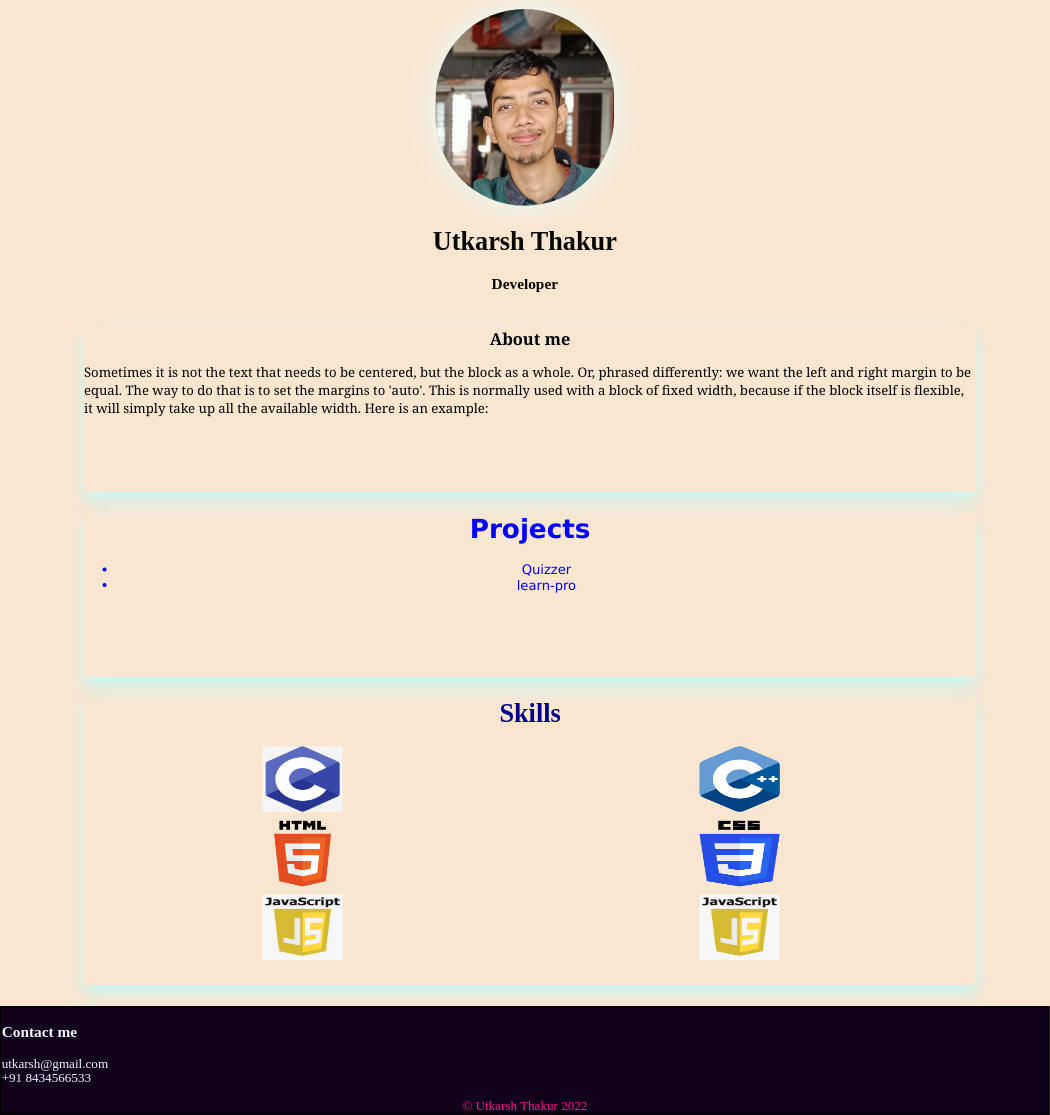
Repository: UtkarshThakur321/Utkarsh-Thakur-Profile
Page: index.html
The author's editor kept a copy of each file at every save. The page is drawn from the files as they stood at one save, then again after the next save.
The browser window is 1280 px wide. The pictures show the whole page, at 82% of full size.

Above is the page before, as saved 2022-01-23 00:14:40.
Not found: main.js

### index.html
<!DOCTYPE html>
<html>
<head>
    <meta charset='utf-8'>
    <meta http-equiv='X-UA-Compatible' content='IE=edge'>
    <title>Page Title</title>
    <meta name='viewport' content='width=device-width, initial-scale=1'>
    <link rel='stylesheet' type='text/css' media='screen' href="index.css">
    <script src='main.js'></script>
</head>
<body>
    <div id="main">
    <!-- <div id="nav">
        <h1>My Resume</h1>
    </div> -->
    <center>
        <div id="intro">
            <div id="profileImage">
                 <img src="./Utkarsh_dp.jpg" alt="DP_Utkarsh__Thakur"
                 width="180" height="170">
            </div>
            <div id="profileName">
                <h1>Utkarsh Thakur</h1>
                <h3>Developer</h3>
            </div>

            <div>


             </div>
        </div>
    </center>



  <div id="aboutMe">
    <div id="aboutMeHeading">
        About me
    </div>
    <div id="aboutMeContent">
        <p>
            Sometimes it is not the text that needs to be centered, but the block as a whole. Or, phrased differently: we want the left and right margin to be equal. The way to do that is to set the margins to 'auto'. This is normally used with a block of fixed width, because if the block itself is flexible, it will simply take up all the available width. Here is an example:
        </p>
    </div>
  </div>



<div id="projects">
    <h1>Projects</h1>
    <ul>
        <li>Quizzer</li>
        <li>learn-pro</li>
    </ul>
</div>



    <div id="skills">
        <h1>Skills</h1>
        <div class="skillsContent">
            <img src="c_programming.png" alt="c_programming">
        </div>
        <div class="skillsContent">
            <img src="./c++_programming.png" alt="c++_programming">
        </div>
        <div class="skillsContent">
            <img src="./html.png" alt="html">
        </div>
        <div class="skillsContent">
            <img src="./CSS3.png" alt="css3">
        </div>
        <div class="skillsContent">
            <img src="./js.png" alt="js">
        </div>
        <div class="skillsContent">
            <img src="./js.png" alt="js">
        </div>

    </div>

    <div id="footer">
        <div id="footerContent">
            <h3>Contact me</h3>
        <p>
            utkarsh@gmail.com<br>
            +91 8434566533

        </p>
            <div id="copyright">
         &copy; Utkarsh Thakur 2022
            </div>
        </div>
        </div>

    </div>



</body>
</html>

### index.css
body{
    width:100%;
    margin:0px;
    background-color: rgb(248, 230, 209);

}


#intro{
    /* background-image:url("./bg.jpg"); */
    /* background-color: rgb(190, 243, 243); */
    height: 400px;
    width:85%;
}


#profileImage>img{
    margin-top: 1%;
    height:240px;
    width:20%;
    border-radius: 130px;
    box-shadow: 0px 0px 40px rgb(235, 253, 253);
}
#profileName{
    color:rgb(8, 8, 0);
    font-family: cursive;
}

#aboutMe{
    width:85%;
    height:200px;
    /* border:2px solid green; */
    margin-left:8%;
    box-shadow: 0px 10px 20px rgba(195, 247, 247, 0.911);
    margin-bottom: 2%;
}


#aboutMeHeading{
    text-align:center;
    font-family: Georgia, 'Times New Roman', Times, serif;
    font-size:20px;
    font-weight: bold;
}
#aboutMeContent{

    font-family: Georgia, 'Times New Roman', Times, serif;
    font-size:16px;

}

#projects{
    width:85%;
        height:200px;
        /* border:2px solid green; */
        margin-left:8%;
        box-shadow: 0px 10px 20px rgba(195, 247, 247, 0.911);
    font-family: Verdana, Geneva, Tahoma, sans-serif;
    color:blue;
    text-align: center;
    margin-bottom: 2%;

}



#skills{
        width:85%;
        height:350px;
        /* border:2px solid green; */
        margin-left:8%;
        box-shadow: 0px 10px 20px rgba(195, 247, 247, 0.911);
        margin-bottom: 2%;

}

#skills{
    color:darkblue;
    font-weight: 400;
    text-align: center;

}
.skillsContent{
    height:80px;
    margin:0% 2% 1%;
    width:45%;
    float:left;
    /* border:2px solid blue; */
}
.skillsContent>img{
    height:80px;
    width:20%;
}



#nav{
    height:50px;
    display:content;
    text-align: center;
    font-weight: 900;
    color:black;}
    /* text-align: center;
    font-family: Verdana, Geneva, Tahoma, sans-serif;
} */



.img{
    height:10px;
    width:10%;
}

#footer{
    background-color: rgb(18, 1, 26);
}
#footerContent{
    border:2px solid black;
    color:aliceblue;

}

/* #footer{
    text-align: center;
} */
#copyright{
    text-align: center;
    color:deeppink
}

After the next save:
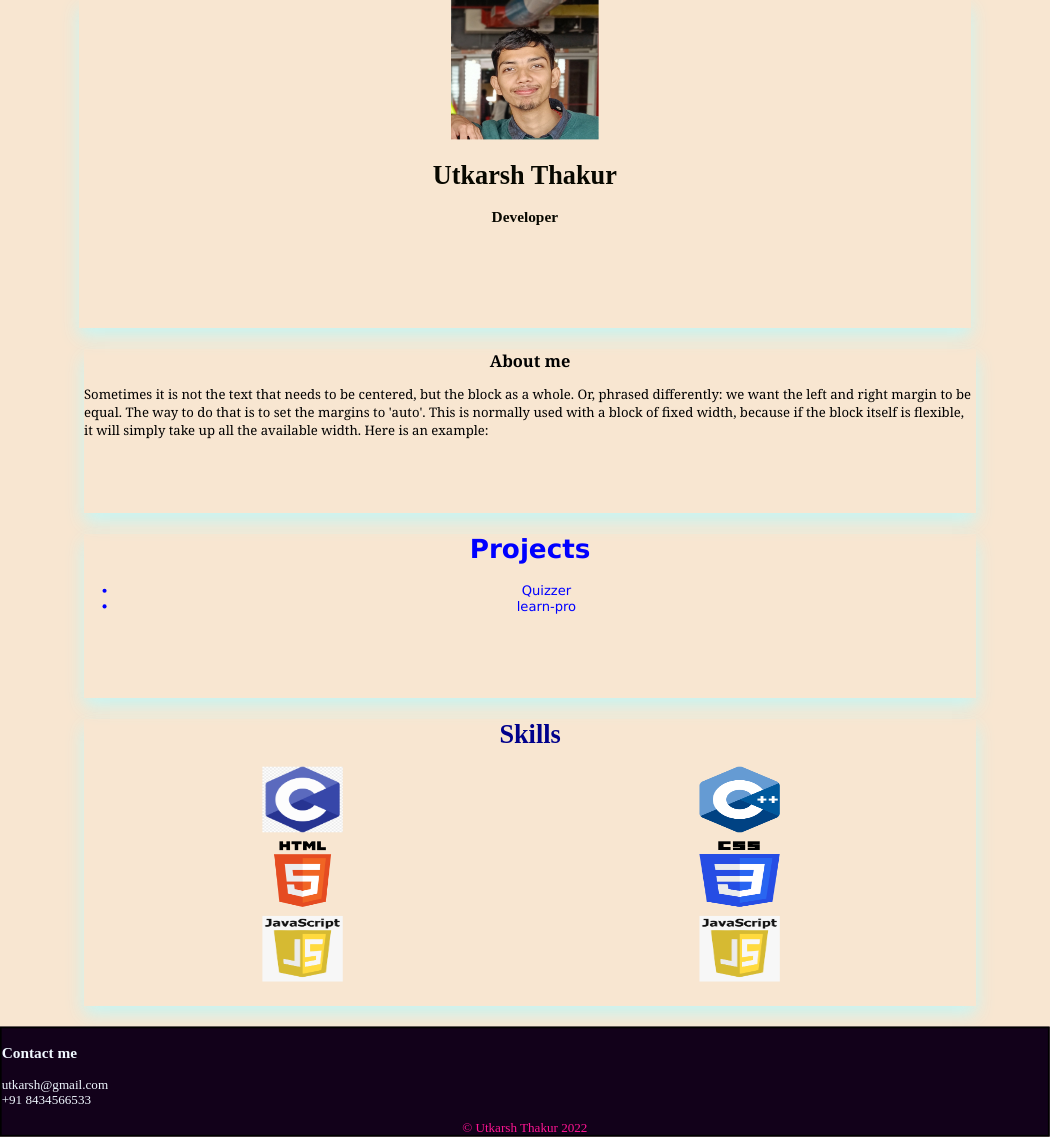
Saved 29 s later.
--- a/index.css
+++ b/index.css
@@ -11,7 +11,11 @@ body{
     /* background-color: rgb(190, 243, 243); */
     height: 400px;
     width:85%;
+    box-shadow: 0px 10px 20px rgba(195, 247, 247, 0.911);
+    margin-bottom: 2%;
 }
+}
+
 
 
 #profileImage>img{
